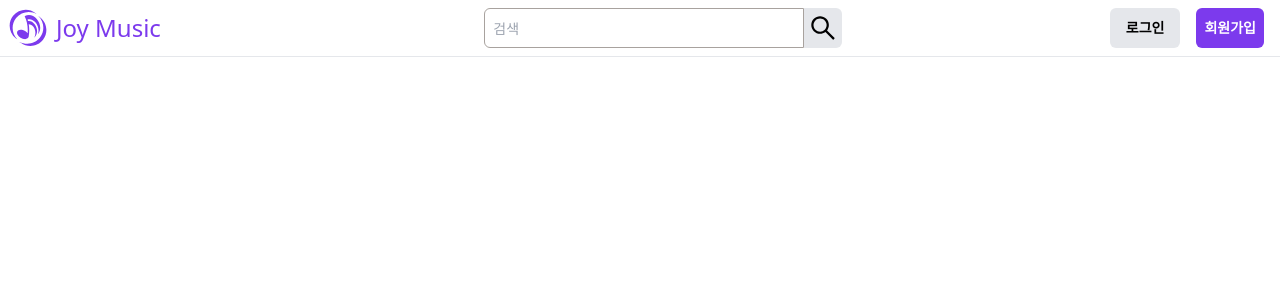
Repository: momo0170/streaming
Page: /
The author's editor kept a copy of each file at every save. The page is drawn from the files as they stood at one save, then again after the next save.
The browser window is 1280 px wide. The pictures show the whole page.
The project was rebuilt for these pictures with package versions that can differ from the ones it lists, and the page was loaded fresh each time. Also part of the build but not shown: src/App.css.

Above is the page before, as saved 2023-09-18 18:24:04.

### src/index.js
import React from 'react';
import ReactDOM from 'react-dom/client';
import './index.css';
import App from './App';
import { RouterProvider, createBrowserRouter } from 'react-router-dom';

const router = createBrowserRouter([
  {
    path: '/',
    element: <App />,
  },
]);
const root = ReactDOM.createRoot(document.getElementById('root'));
root.render(
  <RouterProvider router={router}>
    <App />
  </RouterProvider>
);

### src/index.css
/* index.css 📂 */

@tailwind base;
@tailwind components;
@tailwind utilities;

### src/App.js
import './App.css';
import Header from './components/Header';

function App() {
  return (
    <>
      <Header />
    </>
  );
}

export default App;

### src/components/Header.jsx
import React from 'react';
import { GiMusicSpell } from 'react-icons/gi';
import { AiOutlineSearch } from 'react-icons/ai';
import { Link } from 'react-router-dom';

export default function Header() {
  return (
    <header className="flex justify-between p-2 border-b">
      <Link to="/" className="flex items-center">
        <GiMusicSpell size="40" color="#7c3aed" />
        <div className="text-violet-600 text-2xl ml-2">Joy Music</div>
      </Link>
      <form className="flex transform translate-x-8">
        <input
          type="text"
          placeholder="검색"
          className="rounded-l-md border border-stone-400 p-1 px-2 focus:shadow-inner2 outline-none focus:border-violet-600 placeholder:text-sm hover:shadow-hoverInput hover:border-hoverInput w-80"
        />
        <button className="bg-gray-200 p-1 rounded-r-md box-border hover:bg-gray-300">
          <AiOutlineSearch size="30" />
        </button>
      </form>
      <div className="flex">
        <button className="bg-gray-200 mx-2 px-4 rounded-md text-sm font-semibold hover:bg-gray-300">
          로그인
        </button>
        <button className="bg-violet-600 text-white mx-2 px-2 rounded-md text-sm font-semibold hover:bg-violet-700">
          회원가입
        </button>
      </div>
    </header>
  );
}

### tailwind.config.js
/** @type {import('tailwindcss').Config} */
module.exports = {
  content: ['./src/**/*.{js,jsx,ts,tsx}'],
  theme: {
    extend: {
      borderWidth: {
        1.5: '1.5px',
      },
      boxShadow: {
        inner2: '0 0 0 1.5px #7c3aed inset',
        hoverInput: '0 0 0 1px #ABABAB inset',
      },
      borderColor: {
        hoverInput: '#ABABAB',
      },
    },
  },
  plugins: [],
};

Loaded but not shown: public/index.html (common file)

After the next save:
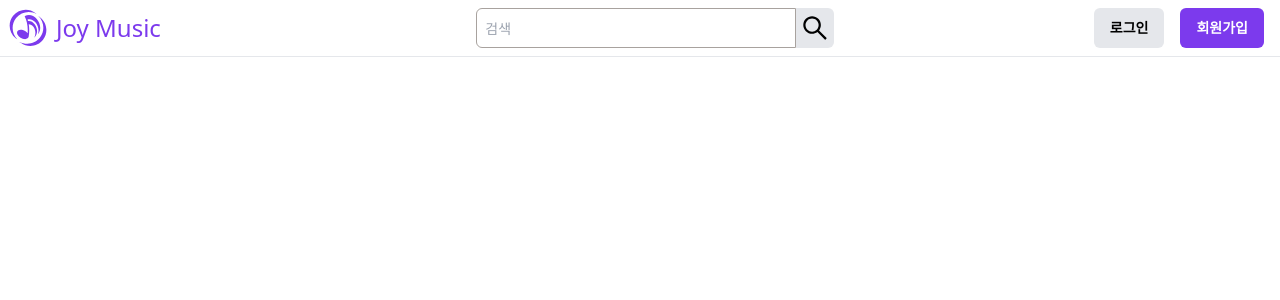
Saved 39 s later.
--- a/src/components/Header.jsx
+++ b/src/components/Header.jsx
@@ -24,7 +24,7 @@ export default function Header() {
         <button className="bg-gray-200 mx-2 px-4 rounded-md text-sm font-semibold hover:bg-gray-300">
           로그인
         </button>
-        <button className="bg-violet-600 text-white mx-2 px-2 rounded-md text-sm font-semibold hover:bg-violet-700">
+        <button className="bg-violet-600 text-white mx-2 px-4 rounded-md text-sm font-semibold hover:bg-violet-700">
           회원가입
         </button>
       </div>
